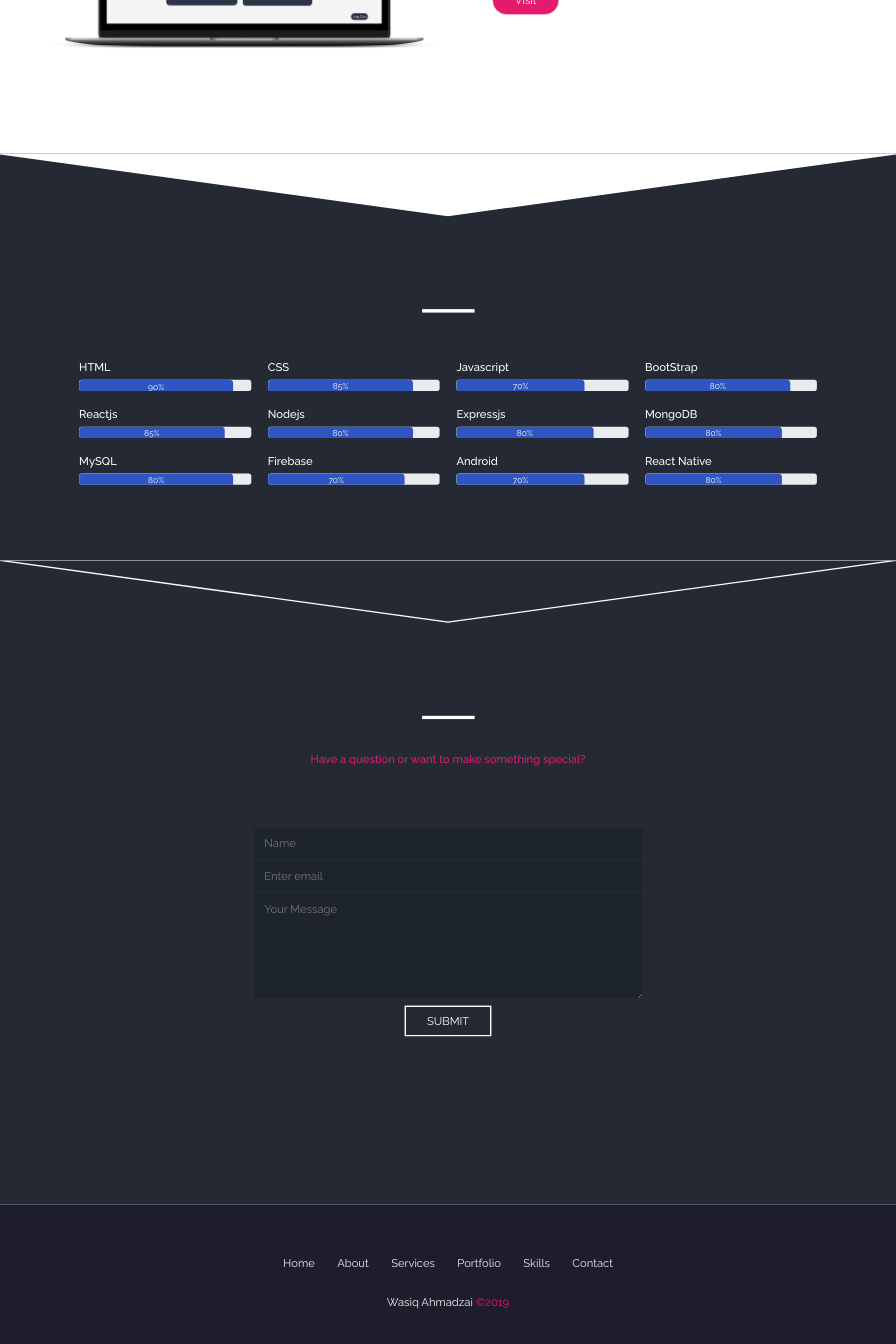
Repository: wasiqkhan/wasiqkhan.github.io
Page: index.html
These files come from the project's save history. The page is drawn as it stood at one moment and after the next save; the edit follows.
The browser window is 1280 px wide. The pictures show the part of the page from y = 3662 to 5582 px (the page is 5582 px tall before and 5515 px after), at 70% of full size.
Some web fonts or font styles are not loaded; a fallback is used.

Above is the page before, as saved 2020-11-06 16:15:10.
Not found: js/all.js
Not found: js/app.js
Not found: js/particles.js

After the next save:
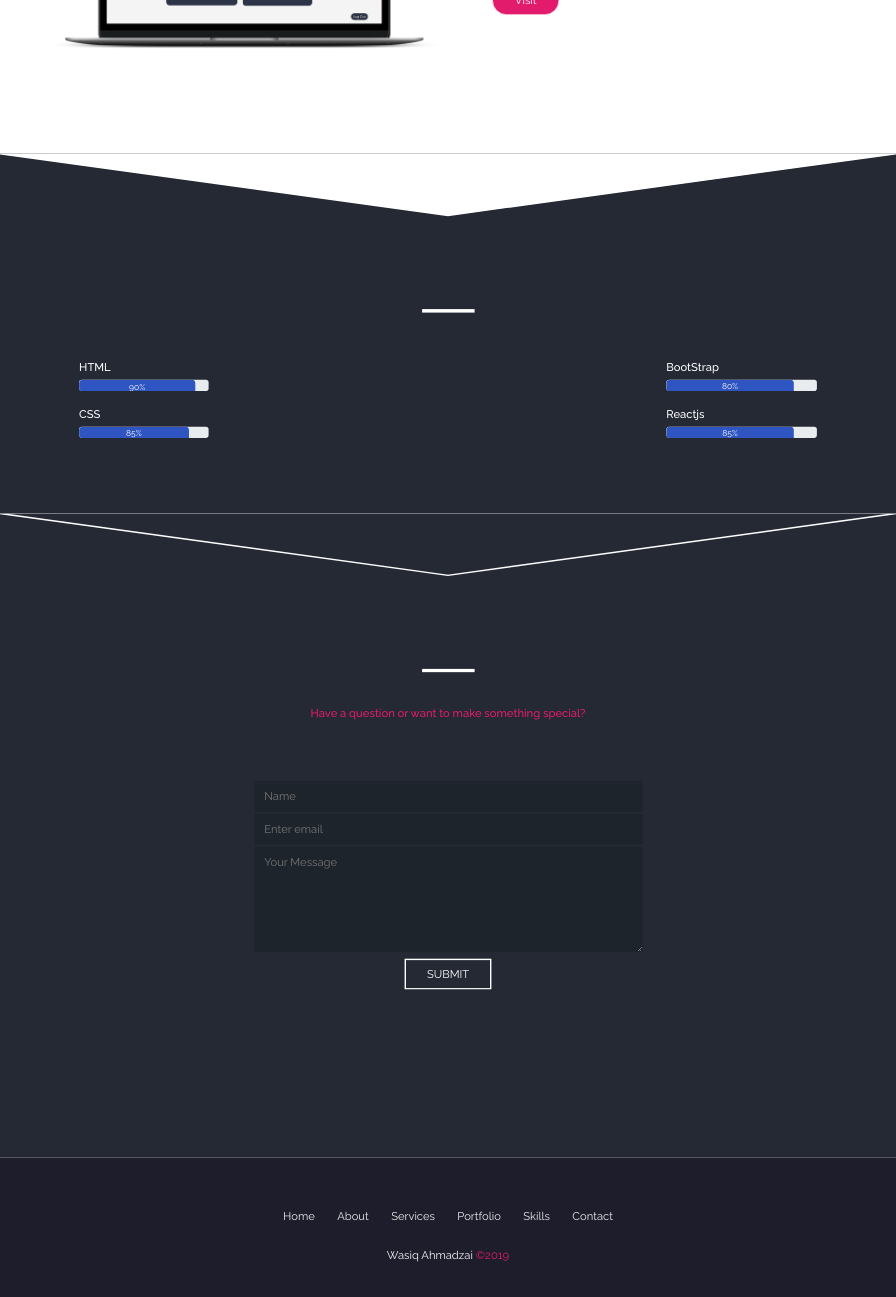
Saved 69 s later.
--- a/index.html
+++ b/index.html
@@ -326,6 +326,56 @@
           </li>
         </ul> -->
         <div class="container">
+          <div class="skill-items">
+            <div class="skill-group">
+              <div class="skill-item filter frontend">
+                <h6>HTML</h6>
+
+                <div class="progress">
+                  <div
+                    class="l progress-bar progress-bar-striped"
+                    style="height: 20px; width: 90%;background:#2E55C1"
+                  >
+                    90%
+                  </div>
+                </div>
+              </div>
+              <div class="skill-item filter frontend">
+                <h6>CSS</h6>
+                <div class="progress">
+                  <div class="l" style="height: 20px; width: 85%;background:#2E55C1">
+                    85%
+                  </div>
+                </div>
+              </div>
+            </div>
+            <div class="skill-group">
+              <div class="skill-item filter frontend">
+                <h6>BootStrap</h6>
+                <div class="progress">
+                  <div
+                    class="l"
+                    style="height: 20px; width: 85%;background:#2E55C1"
+                  >
+                    80%
+                  </div>
+                </div>
+              </div>
+              <div class="skill-item filter frontend one">
+                  <h6>Reactjs</h6>
+                  <div class="progress ">
+                    <div
+                      class="l"
+                      style="height: 20px; width: 85%;background:#2E55C1"
+                    >
+                      85%
+                    </div>
+                  </div>
+                </div>
+            </div>
+          </div>
+        </div>
+        <!-- <div class="container">
             <div class="skill-items">
                 <div class="skill-item filter frontend">
                   <h6>HTML</h6>
@@ -459,7 +509,7 @@
                     </div>
 
                 </div>
-        </div>
+        </div> -->
 
       </div>
     </section>
